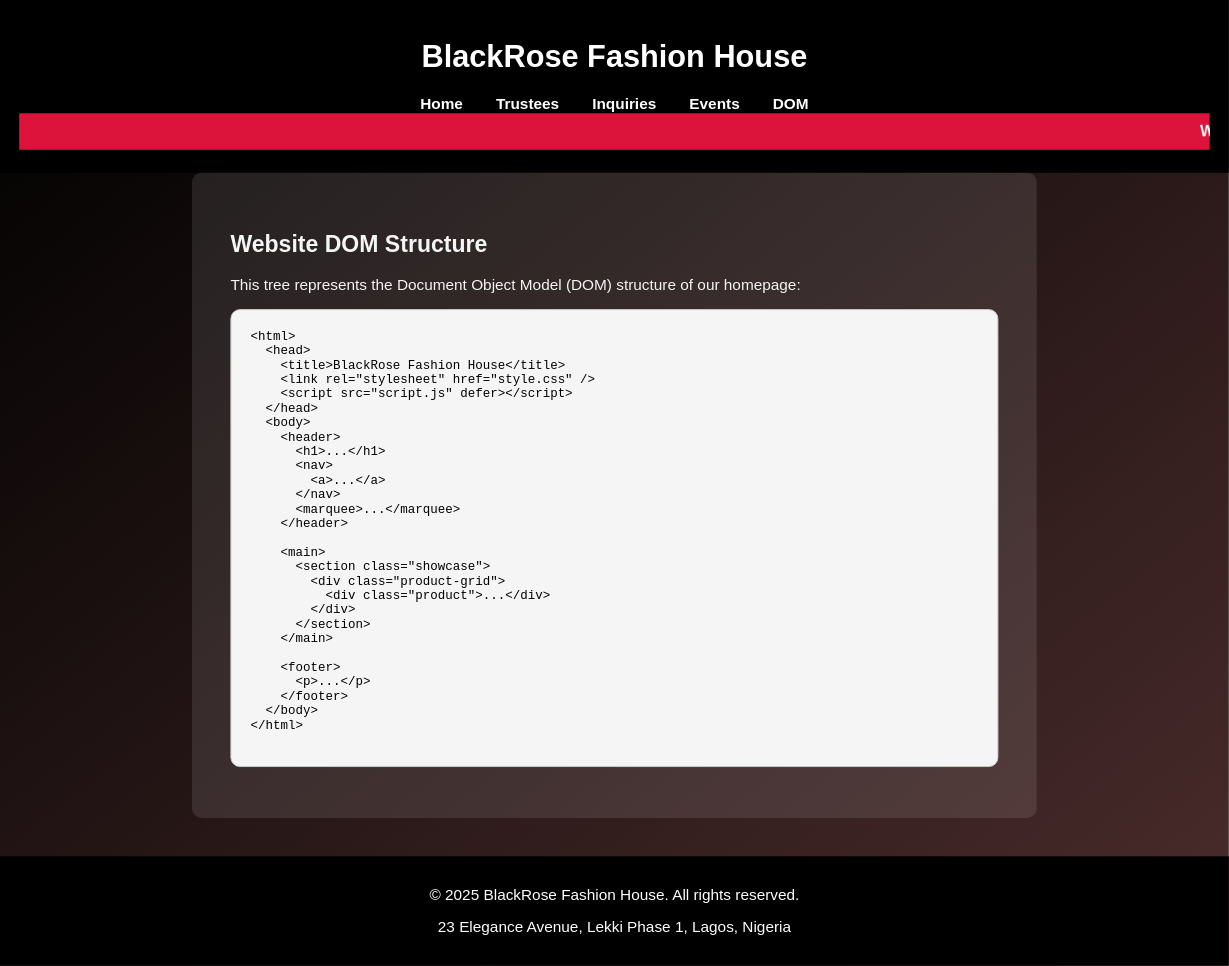
Repository: Blessing-Bassey/blackrose-fashion
Page: dom-structure.html
These files come from the project's save history. The page is drawn as it stood at one moment and after the next save; the edit follows.
The browser window is 1280 px wide. The pictures show the whole page, at 96% of full size.

Above is the page before, as saved 2025-08-02 18:15:49.

After the next save:
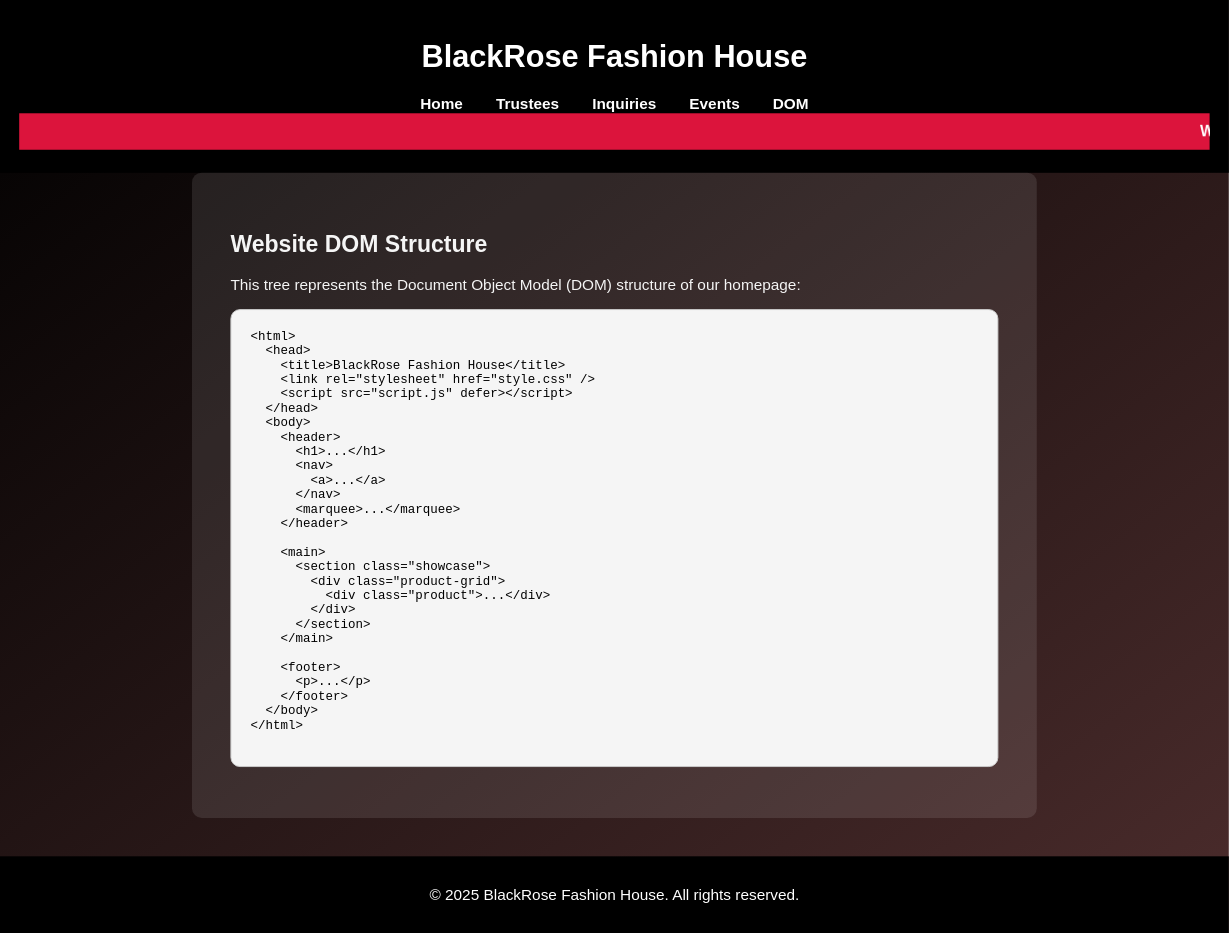
Saved 13 s later.
--- a/dom-structure.html
+++ b/dom-structure.html
@@ -65,7 +65,6 @@
 
     <footer>
       <p>&copy; 2025 BlackRose Fashion House. All rights reserved.</p>
-       <p>23 Elegance Avenue, Lekki Phase 1, Lagos, Nigeria</p>
-    </footer>
+      <p id="dateNote"></p>
   </body>
 </html>
